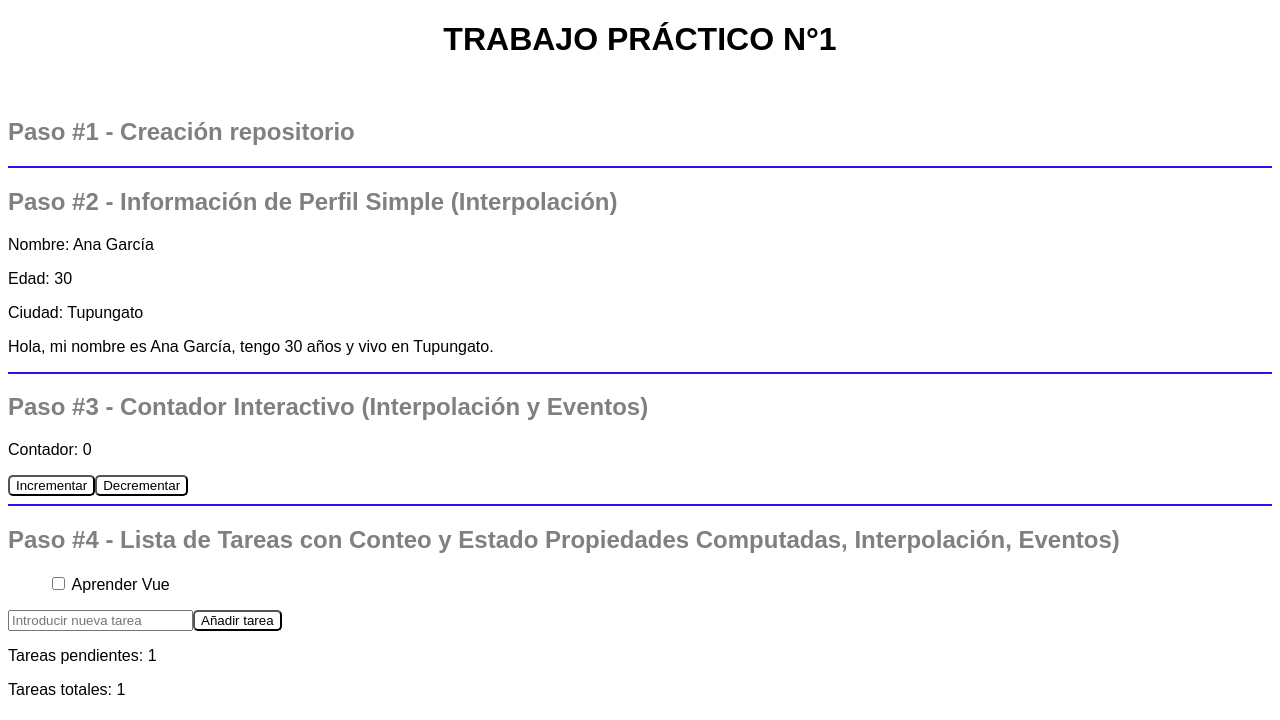
Repository: SofiaSferco/PWA
Page: practico01/index.html
The author's editor kept a copy of each file at every save. The page is drawn from the files as they stood at one save, then again after a run of saves.
The browser window is 1280 px wide. The pictures show the whole page.

Above is the page before, as saved 2025-10-03 14:18:04.

After the next 2 saves:
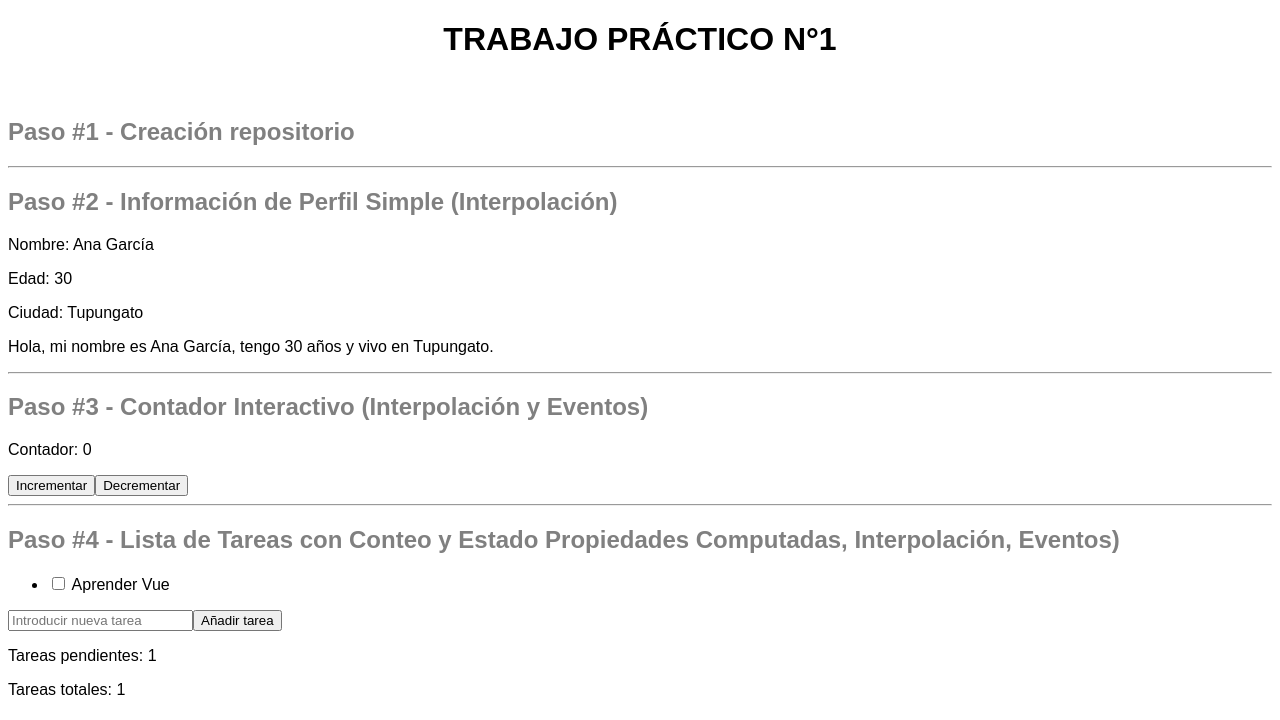
The 2 saves are shown as one change because they came seconds apart.
The last was saved 6 s later.
--- a/practico01/index.html
+++ b/practico01/index.html
@@ -90,8 +90,7 @@
         color: gray;
     }
     hr {
-        border: 1px solid#3b08f1;
-    }
+        border: 1px solid
     button {
         background-color: #ffff;
         color: black;
